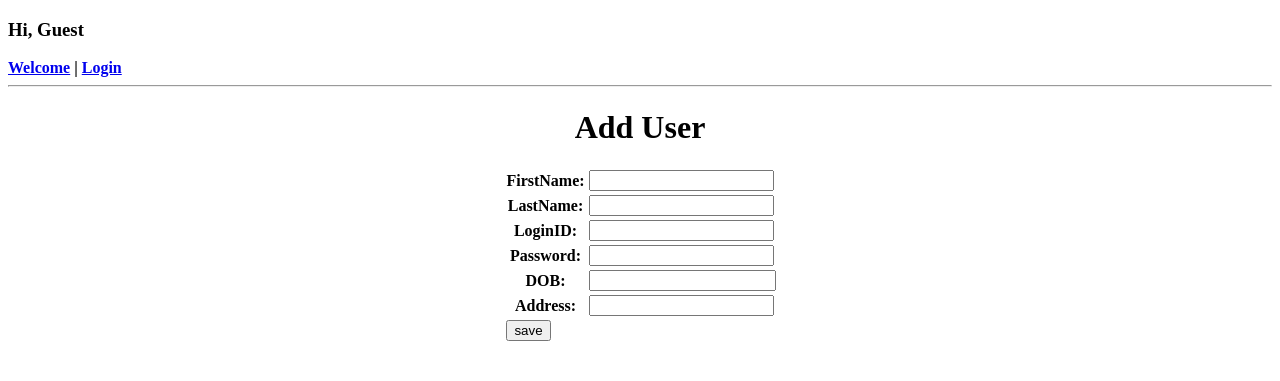
Repository: Suraj141203/DynamicWebProject
Page: http://localhost/advance-java-web/UserView.jsp
The author's editor kept a copy of each file at every save. The page is drawn from the files as they stood at one save, then again after the next save.
The browser window is 1280 px wide. The pictures show the whole page.
The page is served by Tomcat 9.

Above is the page before, as saved 2024-08-06 12:40:54.

After the next save:
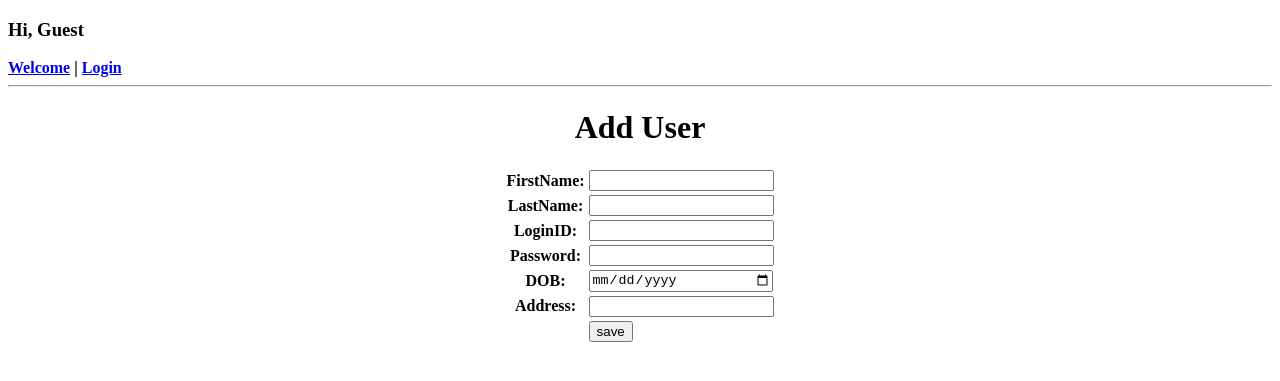
Saved 99 s later.
--- a/Dynamic Web Project/advance-java-web/WebContent/UserView.jsp
+++ b/Dynamic Web Project/advance-java-web/WebContent/UserView.jsp
@@ -7,60 +7,53 @@
 <title>Insert title here</title>
 </head>
 <body>
-
 	<%@ include file="Header.jsp"%>
-	<form action="UserCtl" method="post"></form>
-	<div align="Center">
-		<h1>Add User</h1>
-
-		<%
-			String msg = (String) request.getAttribute("msg");
-		%>
-		<%
-			if (msg != null) {
-		%><h3>
-			<font color="red"> <%=msg%></font>
-		</h3>
-
-		<%
-			}
-		%>
-		<table>
-
-			<tr>
-				<th>FirstName:</th>
-				<td><input type="text" name="firstName"></td>
-			</tr>
-
-			<tr>
-				<th>LastName:</th>
-				<td><input type="text" name="lastName"></td>
-			</tr>
-
-			<tr>
-				<th>LoginID:</th>
-				<td><input type="text" name="loginId"></td>
-			</tr>
-
-			<tr>
-				<th>Password:</th>
-				<td><input type="text" name="password"></td>
-			</tr>
-
-			<tr>
-				<th>DOB:</th>
-				<td><input type="text" name="dob" style="width: 97%"></td>
-			</tr>
-			<tr>
-				<th>Address:</th>
-				<td><input type="text" name="address"></td>
-			</tr>
-
-			<tr>
-				<td><input type="submit" value="save"></td>
-			</tr>
-
-		</table>
-	</div>
+	<form action="UserCtl" method="post">
+		<div align="center">
+			<h1>Add User</h1>
+			<%
+				String msg = (String) request.getAttribute("msg");
+			%>
+			<%
+				if (msg != null) {
+			%>
+			<h3>
+				<font color="red"><%=msg%></font>
+			</h3>
+			<%
+				}
+			%>
+			<table>
+				<tr>
+					<th>FirstName:</th>
+					<td><input type="text" name="firstName"></td>
+				</tr>
+				<tr>
+					<th>LastName:</th>
+					<td><input type="text" name="lastName"></td>
+				</tr>
+				<tr>
+					<th>LoginID:</th>
+					<td><input type="text" name="loginId"></td>
+				</tr>
+				<tr>
+					<th>Password:</th>
+					<td><input type="text" name="password"></td>
+				</tr>
+				<tr>
+					<th>DOB:</th>
+					<td><input type="date" name="dob" style="width: 97%"></td>
+				</tr>
+				<tr>
+					<th>Address:</th>
+					<td><input type="text" name="address"></td>
+				</tr>
+				<tr>
+					<td></td>
+					<td><input type="submit" value="save"></td>
+				</tr>
+			</table>
+		</div>
+	</form>
 </body>
 </html>
